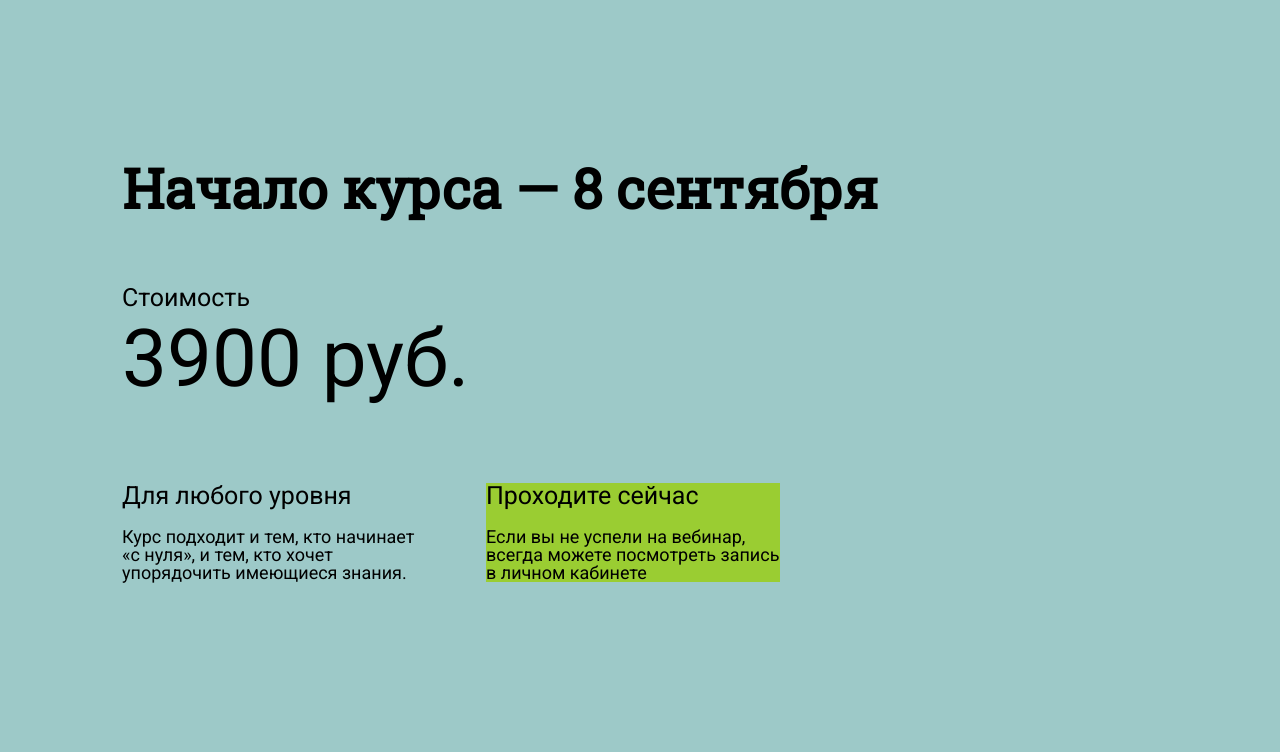
Repository: NatiqSamiyev/fiqma-task3
Page: index.html
The author's editor kept a copy of each file at every save. The page is drawn from the files as they stood at one save, then again after a run of saves.
The browser window is 1280 px wide. The pictures show the whole page.

Above is the page before, as saved 2023-08-09 13:30:46.

After the next 2 saves:
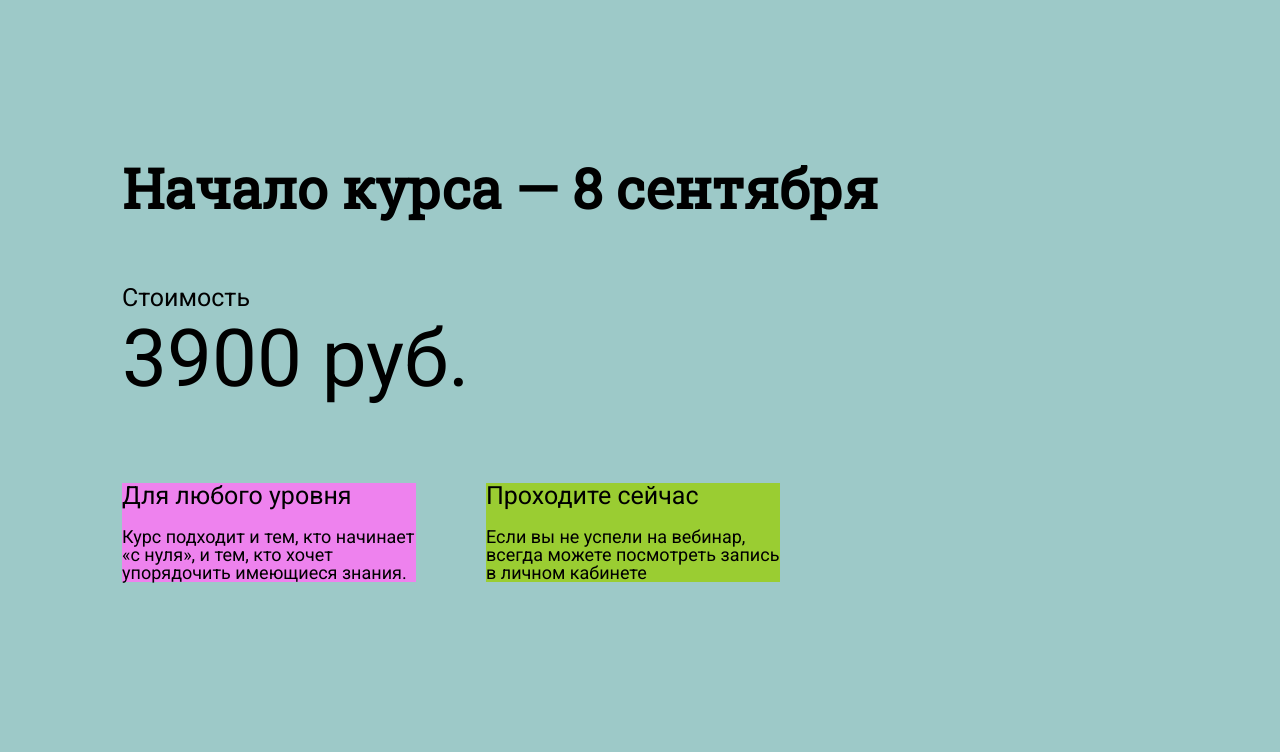
The 2 saves are shown as one change because they came seconds apart.
The last was saved 7 s later.
--- a/index.css
+++ b/index.css
@@ -74,5 +74,5 @@ li:last-child{
   background-color: yellowgreen;
 }
 li:first-child{
-
+  background-color: violet;
 }
